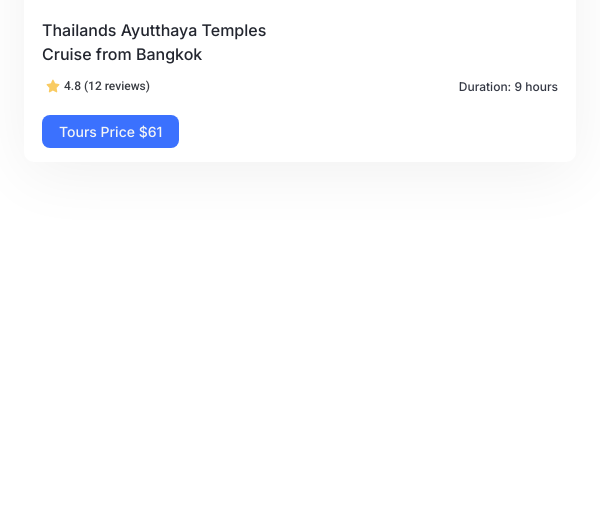
Repository: man0405/practice-web
Page: index.html
These files come from the project's save history. The page is drawn as it stood at one moment and after the next save; the edit follows.
The browser window is 600 px wide. The pictures show the part of the page from y = 319 to 850 px (the page is 850 px tall).
Some web fonts or font styles are not loaded; a fallback is used.

Above is the page before, as saved 2023-03-30 16:45:23.

### index.html
<!DOCTYPE html>
<html lang="en">
  <head>
    <meta charset="UTF-8" />
    <meta http-equiv="X-UA-Compatible" content="IE=edge" />
    <meta name="viewport" content="width=device-width, initial-scale=1.0" />
    <title>Practice Website</title>
    <link rel="stylesheet" href="./main.css" />
    <link rel="preconnect" href="https://fonts.googleapis.com" />
    <link rel="preconnect" href="https://fonts.gstatic.com" crossorigin="" />
    <link
      href="https://fonts.googleapis.com/css2?family=Delicious+Handrawn&amp;family=Inter:wght@100;200;300;400;500;600;700;800;900&amp;family=Pacifico&amp;family=Roboto:ital,wght@0,100;0,300;0,400;0,500;0,700;0,900;1,100;1,300;1,400;1,500;1,700;1,900&amp;display=swap"
      rel="stylesheet"
    />
    <link rel="preconnect" href="https://fonts.googleapis.com" />
    <link rel="preconnect" href="https://fonts.gstatic.com" crossorigin="" />
    <link
      href="https://fonts.googleapis.com/css2?family=DM+Sans:wght@500&amp;family=Delicious+Handrawn&amp;family=Inter:wght@100;200;300;400;500;600;700;800;900&amp;family=Pacifico&amp;family=Roboto:ital,wght@0,100;0,300;0,400;0,500;0,700;0,900;1,100;1,300;1,400;1,500;1,700;1,900&amp;display=swap"
      rel="stylesheet"
    />
    <link rel="preconnect" href="https://fonts.googleapis.com" />
    <link rel="preconnect" href="https://fonts.gstatic.com" crossorigin="" />
    <link
      href="https://fonts.googleapis.com/css2?family=DM+Sans:wght@500&amp;family=Delicious+Handrawn&amp;family=Inter:wght@100;200;300;400;500;600;700;800;900&amp;family=Pacifico&amp;family=Roboto:ital,wght@0,100;0,300;0,400;0,500;0,700;0,900;1,100;1,300;1,400;1,500;1,700;1,900&amp;display=swap"
      rel="stylesheet"
    />
    <link rel="preconnect" href="https://fonts.googleapis.com" />
    <link rel="preconnect" href="https://fonts.gstatic.com" crossorigin />
    <link
      href="https://fonts.googleapis.com/css2?family=DM+Sans:wght@500&family=Delicious+Handrawn&family=Inter:wght@100;200;300;400;500;600;700;800;900&family=Pacifico&family=Roboto:ital,wght@0,100;0,300;0,400;0,500;0,700;0,900;1,100;1,300;1,400;1,500;1,700;1,900&display=swap"
      rel="stylesheet"
    />
  </head>
  <body>
    <section class="top-tour">
      <div class="container">
        <h2 class="heading">Top Bangkok Tours</h2>
        <div class="tour-list">
          <div class="tour-item">
            <div class="tour-top">
              <img
                class="tour-image"
                src="https://source.unsplash.com/random"
                alt="tour-image"
              /><span class="tour-price">From $60</span>
            </div>
            <div class="tour-contents">
              <h3 class="tour-title">
                Thailands Ayutthaya Temples Cruise from Bangkok
              </h3>
              <div class="tour-rating">
                <div class="tour-review">
                  <div class="tour-star">
                    <img src="./img/star.png" alt="tour-rating" />
                  </div>
                  <div class="tour-review-count">4.8 (12 reviews)</div>
                </div>
                <div class="tour-duration">Duration: 9 hours</div>
              </div>
              <a
                class="tour-button"
                href="#"
                target="_blank"
                rel="noopener noreferrer"
                >Tours Price $61</a
              >
            </div>
          </div>
        </div>
      </div>
    </section>
  </body>
</html>

### main.css
:root {
  --text-color: #fcfcfd;
  --primary-color: #3b71fe;
  --gray-1: #23262f;
  --gray-2: #353945;
  --gray-6: #f4f5f6;

  --primary-font: "Inter", sans-serif;
  --secondary-font: "DM Sans", sans-serif;
  --third-font: "Roboto", sans-serif;
}

*,
*:before,
*:after {
  box-sizing: border-box;
}
* {
  margin: 0;
  padding: 0;
  font: inherit;
}
img,
picture,
svg,
video {
  display: block;
  max-width: 100%;
}
body {
  font-family: var(--primary-font);
  min-height: 100vh;
}

.container {
  width: 100%;
  max-width: 1200px;
  margin: 50px auto;
  padding: 0 15px;
}

.heading {
  color: black;
  font-size: 30px;
  font-weight: 600;
  line-height: 1.5;
  margin-bottom: 34px;
}

.tour-list {
  display: flex;
  flex-direction: row;
  align-items: stretch;
  flex-wrap: wrap;
  gap: 30px;
}

.tour-item {
  width: calc(33.33% - 20px);
  border-radius: 10px;
  box-shadow: 0px 12px 64px rgba(0, 0, 0, 0.06);
}

.tour-top {
  width: 100%;
  height: 239px;
  position: relative;
  margin-bottom: 20px;
}

.tour-image {
  width: 100%;
  height: 100%;
  border-top-right-radius: 10px;
  border-top-left-radius: 10px;
  object-fit: cover;
}

.tour-price {
  position: absolute;
  top: 24px;
  left: 30px;
  color: var(--text-color);
  background-color: var(--gray-2);
  padding: 5px 16px;
  opacity: 0.7;
  border-radius: 4px;

  font-size: 12px;
  font-weight: 500;
  font-family: var(--secondary-font);
  line-height: 1.6667;
}

.tour-contents {
  margin-left: 20px;
  margin-right: 20px;
  padding-bottom: 14px;
}

.tour-title {
  max-width: 258px;
  font-size: 18px;
  font-weight: 500;
  line-height: 1.5667;
  margin-bottom: 10px;
  color: var(--gray-1);
  display: -webkit-box;
  -webkit-line-clamp: 2;
  -webkit-box-orient: vertical;
  overflow: hidden;
  text-overflow: ellipsis;
  word-break: break-word;
}

.tour-rating {
  display: flex;
  justify-content: space-between;
  align-items: center;
  margin-bottom: 20px;
}

.tour-review {
  display: flex;
  align-items: center;
}

.tour-review-count {
  font-family: var(--third-font);
  font-size: 15px;
  font-weight: 500;
  line-height: 1.8;
  color: #3b3e44;
}

.tour-duration {
  font-family: var(--primary-font);
  font-weight: 500;
  font-size: 14px;
  line-height: 1.428;
  color: var(--gray-2);
}

.tour-button {
  display: inline-block;
  text-decoration: none;
  color: var(--gray-6);
  font-weight: 500;
  font-size: 14px;
  line-height: 1.214;
  background-color: var(--primary-color);
  padding: 8px 17px;
  border-radius: 8px;
}

@media screen and (max-width: 767.98px) {
  .container {
    padding: 0 24px;
  }
  .heading {
    margin-bottom: 30px;
    font-weight: 500;
    font-size: 18px;
    line-height: 28px;
    color: var(--gray-1);
  }
  .tour-list {
    gap: 20px;
  }
  .tour-item {
    width: 100%;
  }
  .tour-top {
    height: 211px;
    margin-bottom: 18px;
  }
  .tour-price {
    font-size: 12px;
    line-height: 20px;
  }
  .tour-contents {
    margin: 0 18px;
  }
  .tour-title {
    font-weight: 500;
    font-size: 16px;
    line-height: 24px;
    margin-bottom: 9px;
  }
  .tour-rating {
    margin-bottom: 18px;
  }
  .tour-duration,
  .tour-review-count {
    font-weight: 500;
    font-size: 12px;
    line-height: 15px;
  }
}

@media screen and (min-width: 768px) and (max-width: 1023.98px) {
}

After the next save:
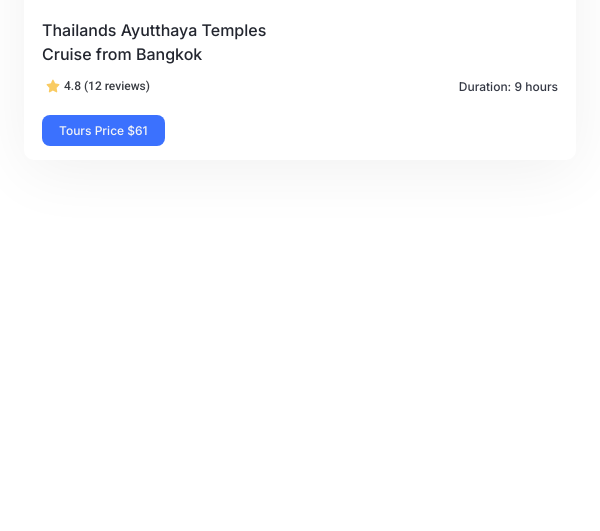
Saved 36 s later.
--- a/main.css
+++ b/main.css
@@ -196,6 +196,11 @@ body {
     font-size: 12px;
     line-height: 15px;
   }
+
+  .tour-button {
+    font-size: 12px;
+    line-height: 15px;
+  }
 }
 
 @media screen and (min-width: 768px) and (max-width: 1023.98px) {
